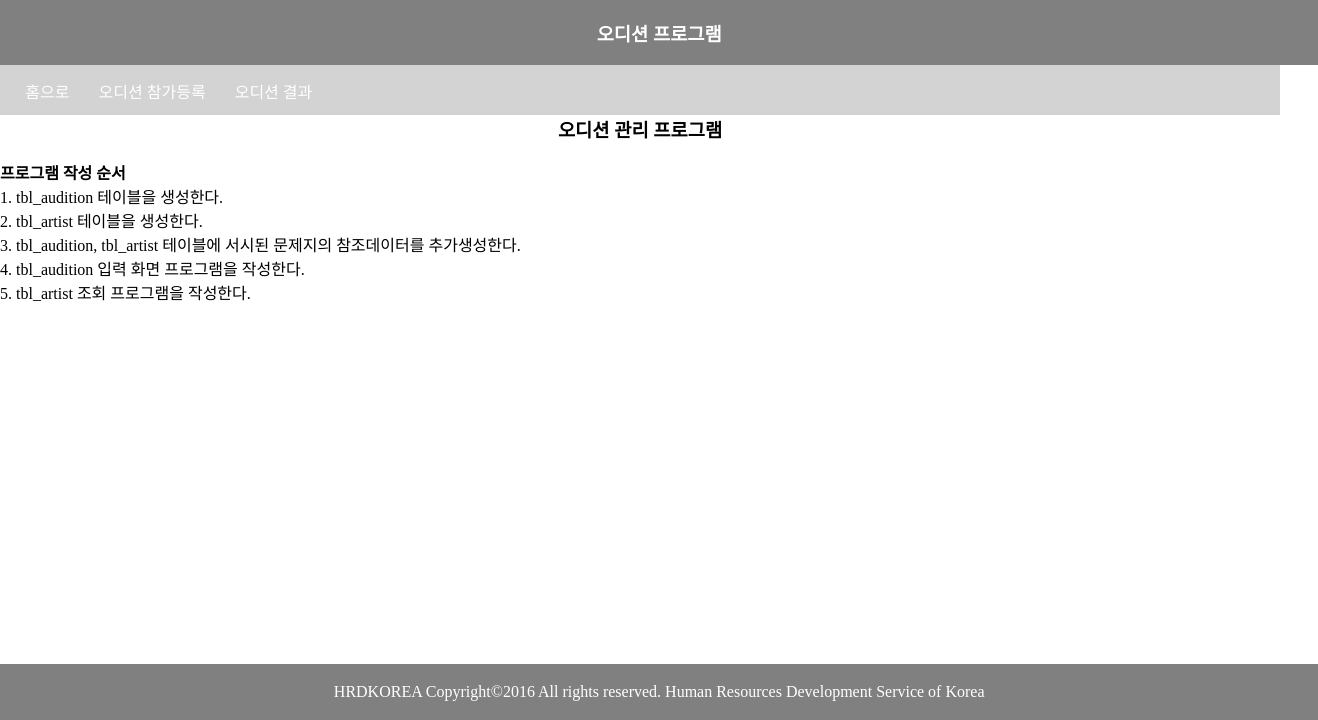
Repository: jieun000/Craftsman_Information_Processing
Page: http://localhost/Test/main.jsp
The author's editor kept a copy of each file at every save. The page is drawn from the files as they stood at one save, then again after the next save.
The browser window is 1280 px wide. The page is 1318 px wide, so the pictures cover 1318 px, including what lies to the right of the window. The pictures show the whole page.
The page is served by Tomcat 9.

Above is the page before, as saved 2023-09-06 01:26:13.

After the next save:
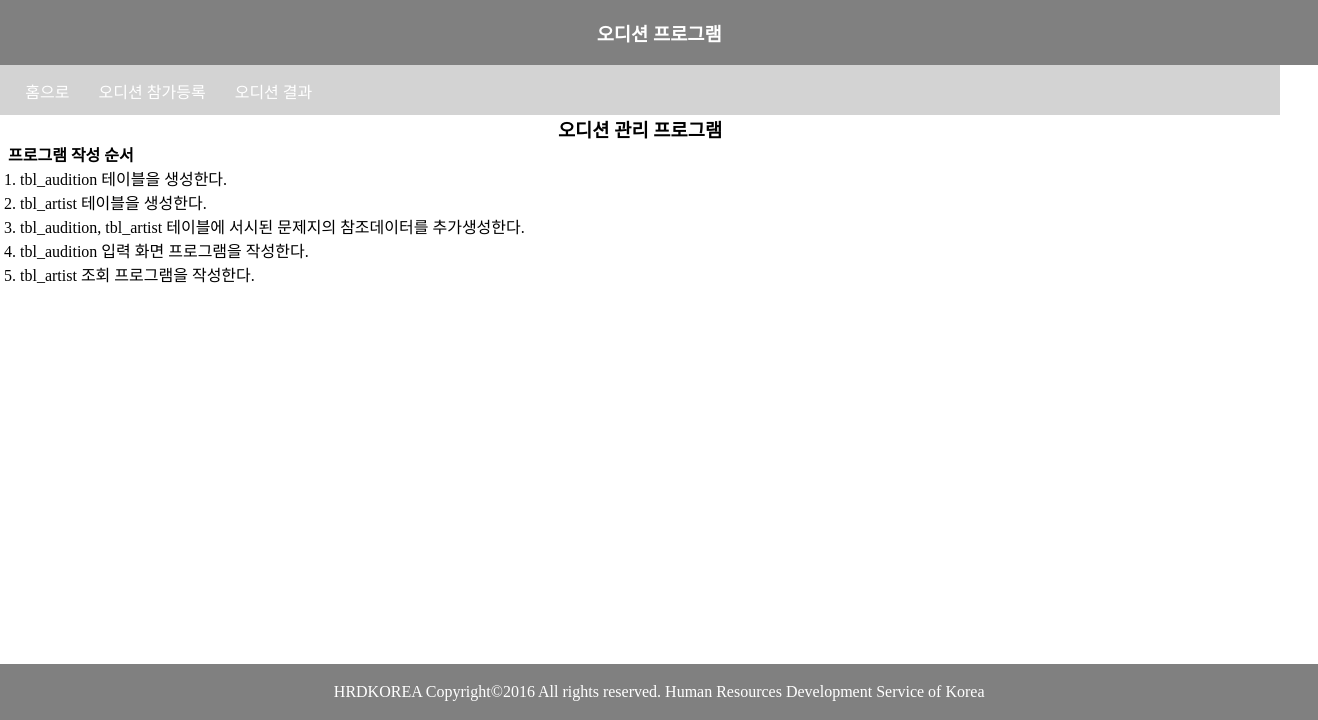
Saved 13 s later.
--- a/02_study/Test/src/main/webapp/main.jsp
+++ b/02_study/Test/src/main/webapp/main.jsp
@@ -22,12 +22,12 @@
 	</nav>
 	<section>
 		<h3 style="text-align: center;">오디션 관리 프로그램</h3>
-		&nbsp;<h4>프로그램 작성 순서</h4>
-		<span> 1. tbl_audition 테이블을 생성한다.</span> <br>
-		<span> 2. tbl_artist 테이블을 생성한다.</span> <br>
-		<span> 3. tbl_audition, tbl_artist 테이블에 서시된 문제지의 참조데이터를 추가생성한다.</span> <br>
-		<span> 4. tbl_audition 입력 화면 프로그램을 작성한다.</span> <br>
-		<span> 5. tbl_artist 조회 프로그램을 작성한다.</span>
+		<h4>&nbsp;&nbsp;프로그램 작성 순서</h4>
+		<span>&nbsp;1. tbl_audition 테이블을 생성한다.</span> <br>
+		<span>&nbsp;2. tbl_artist 테이블을 생성한다.</span> <br>
+		<span>&nbsp;3. tbl_audition, tbl_artist 테이블에 서시된 문제지의 참조데이터를 추가생성한다.</span> <br>
+		<span>&nbsp;4. tbl_audition 입력 화면 프로그램을 작성한다.</span> <br>
+		<span>&nbsp;5. tbl_artist 조회 프로그램을 작성한다.</span>
 	</section>
 	<footer style="background: gray; color: white; width: 100%; text-align: center; padding: 1.5%; position: absolute; bottom: 0;">
 		<p>
